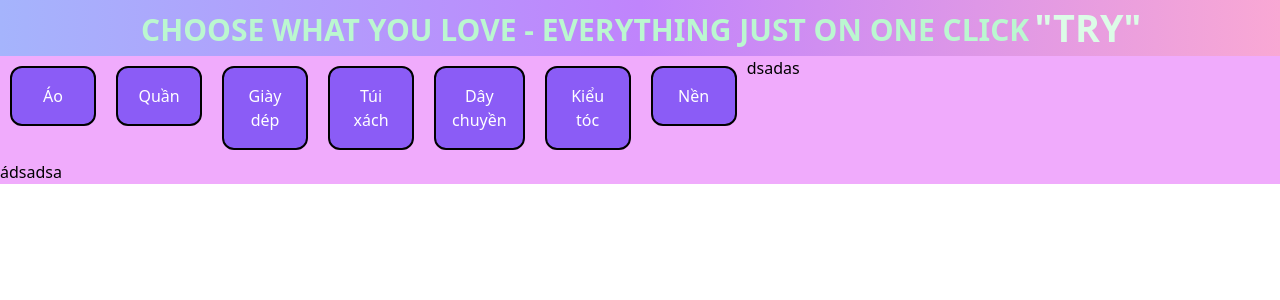
Repository: NguyenVietPhuQuy/ReactJs-TailWind-Redux-FunctionHook-ModelDesign
Page: / (app in modeldesign/)
An editor plug-in stored every save of this project. The page is shown before and after the next save, followed by the edit.
The browser window is 1280 px wide. The pictures show the whole page.
The project was rebuilt for these pictures with package versions that can differ from the ones it lists, and the page was loaded fresh each time. Also part of the build but not shown: modeldesign/src/App.css.

Above is the page before, as saved 2022-11-17 13:38:34.

After the next save:
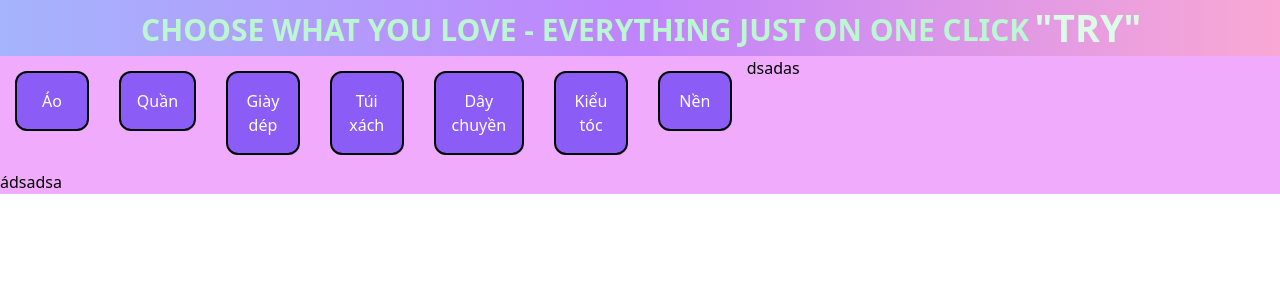
Saved 5 s later.
--- a/modeldesign/src/Components/Category.js
+++ b/modeldesign/src/Components/Category.js
@@ -8,7 +8,7 @@
         <div className=" flex flex-row w-full">
             {returnValue.map((item) => {
                 return (
-                    <div className="w-1/2" style={{margin:5, padding:5}}>
+                    <div className="w-1/2" style={{margin:10, padding:5}}>
                         <button className="p-4 w-full rounded-xl text-white
                          bg-violet-500 hover:bg-violet-600 active:bg-violet-700 focus:outline-none"  style={{ border: "2px solid black"}} >{item.showName}</button>
                     </div>

After the save that followed:
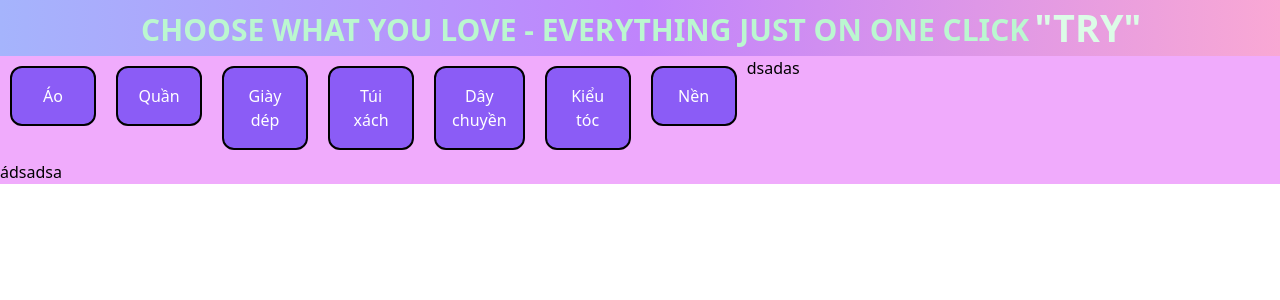
Saved 12 s later.
--- a/modeldesign/src/Components/Category.js
+++ b/modeldesign/src/Components/Category.js
@@ -8,7 +8,7 @@
         <div className=" flex flex-row w-full">
             {returnValue.map((item) => {
                 return (
-                    <div className="w-1/2" style={{margin:10, padding:5}}>
+                    <div className="w-1/2" style={{margin:5, padding:5}}>
                         <button className="p-4 w-full rounded-xl text-white
                          bg-violet-500 hover:bg-violet-600 active:bg-violet-700 focus:outline-none"  style={{ border: "2px solid black"}} >{item.showName}</button>
                     </div>
